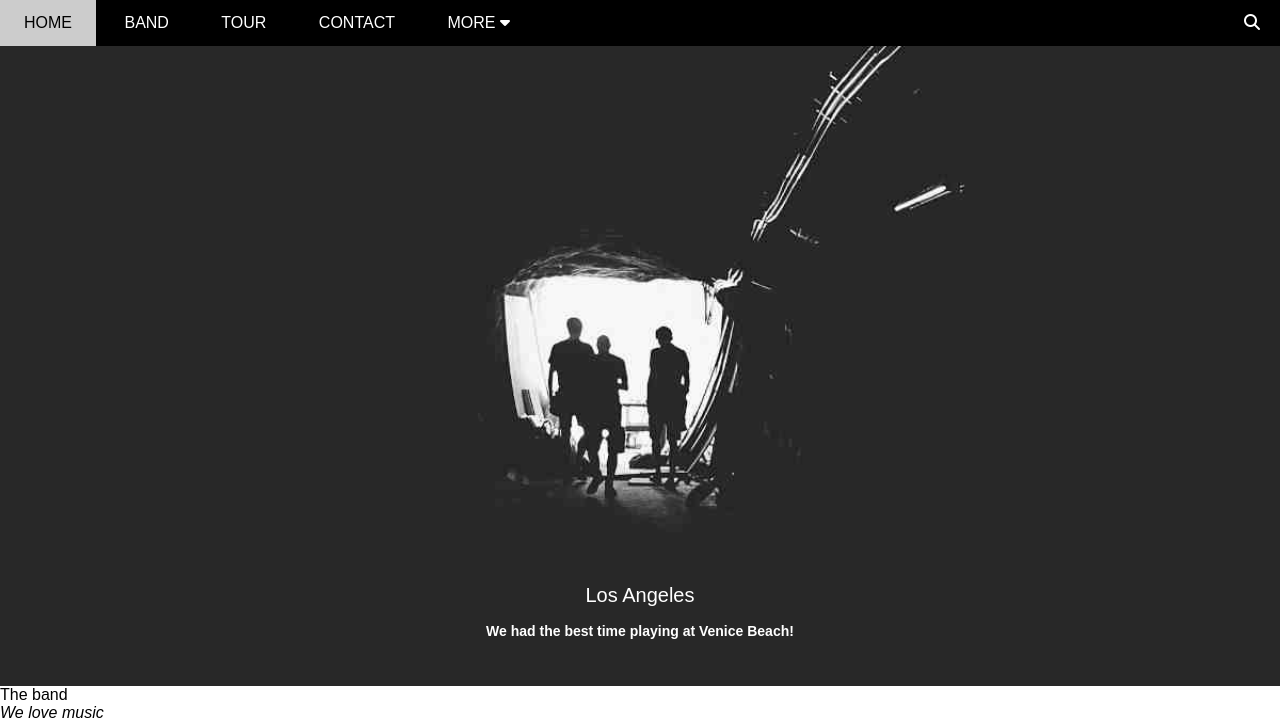
Repository: TranPhucThinh/clone-the-band
Page: index.html
These files come from the project's save history. The page is drawn as it stood at one moment and after the next save; the edit follows.
The browser window is 1280 px wide. The pictures show the whole page.
Some web libraries are served in a nearby version.

Above is the page before, as saved 2022-08-04 10:00:59.

### index.html
<!DOCTYPE html>
<html lang="en">

<head>
    <meta charset="UTF-8">
    <meta http-equiv="X-UA-Compatible" content="IE=edge">
    <meta name="viewport" content="width=device-width, initial-scale=1.0">

    <title>The Band</title>

    <link rel="stylesheet" href="./assets/style.css">
    <link rel="stylesheet" href="https://cdnjs.cloudflare.com/ajax/libs/font-awesome/6.1.2/css/all.min.css">
</head>

<body>
    <div id="main">

        <div id="header">
            <ul id="nav">
                <li><a href="">Home</a></li>
                <li><a href="">Band</a></li>
                <li><a href="">Tour</a></li>
                <li><a href="">Contact</a></li>
                <li>
                    <a href="">
                        More
                        <i class="fa-solid fa-caret-down"></i>
                    </a>

                    <ul class="subnav">
                        <li><a href="">Merchandise</a></li>
                        <li><a href="">Extras</a></li>
                        <li><a href="">Media</a></li>
                    </ul>
                </li>
            </ul>

            <div class="search-btn">
                <i class="fa-solid fa-magnifying-glass"></i>
            </div>
        </div>

        <div id="slider">
            <div class="text-slider">
                <div class="slider-heading">Los Angeles</div>
                <div class="slider-title">We had the best time playing at Venice Beach!</div>
            </div>
        </div>

        <div id="content">
            <p class="header-title">The band</p>
            <i class="header-subtitle">We love music</i>
        </div>

        <div id="footer">

        </div>

    </div>
</body>

</html>

### assets/style.css
* {
  padding: 0;
  margin: 0;
  box-sizing: border-box;
}

html {
  font-family: Arial, Helvetica, sans-serif;
}

#header {
  height: 46px;
  background-color: #000;
  position: fixed;
  top: 0;
  right: 0;
  left: 0;
}

#nav {
  display: inline-block;
}

#nav > li {
  display: inline-block;
}

#nav li {
  position: relative;
}

#nav > li > a {
  color: #fff;
  text-transform: uppercase;
}

#nav li a {
  line-height: 46px;
  padding: 0 24px;
  display: inline-block;
  text-decoration: none;
}

#nav > li:hover > a,
.subnav li:hover a {
  color: #000;
  background-color: #ccc;
}

#nav .subnav {
  display: none;
  position: absolute;
  background-color: #fff;
  box-shadow: 3px 3px 10px 0px #ccc;
}

#nav li:last-child:hover .subnav {
  display: block;
}

#nav li:last-child:hover .fa-caret-down {
  color: #000;
}

#nav .subnav li {
  list-style-type: none;
}

#nav .subnav a {
  color: #000;
  display: block;
  line-height: 40px;
  padding: 0 32px;
}

#header .fa-solid {
  color: #fff;
}

.search-btn {
  float: right;
  line-height: 46px;
  padding: 0 20px;
}

.search-btn:hover {
  background-color: red;
  cursor: pointer;
}

#slider {
  background-color: #fff;
  margin-top: 46px;
  padding-top: 50%;
  background: url('/assets/imgs/la.jpg') top center / cover no-repeat;
  position: relative;
}

#slider .text-slider {
  color: #fff;
  text-align: center;
  position: absolute;
  bottom: 47px;
  left: 50%;
  transform: translate(-50%);
}

#slider .slider-heading {
  font-size: 20px;
  margin-bottom: 16px;
}

#slider .slider-title {
  font-size: 14px;
  font-weight: 700;
}

After the next save:
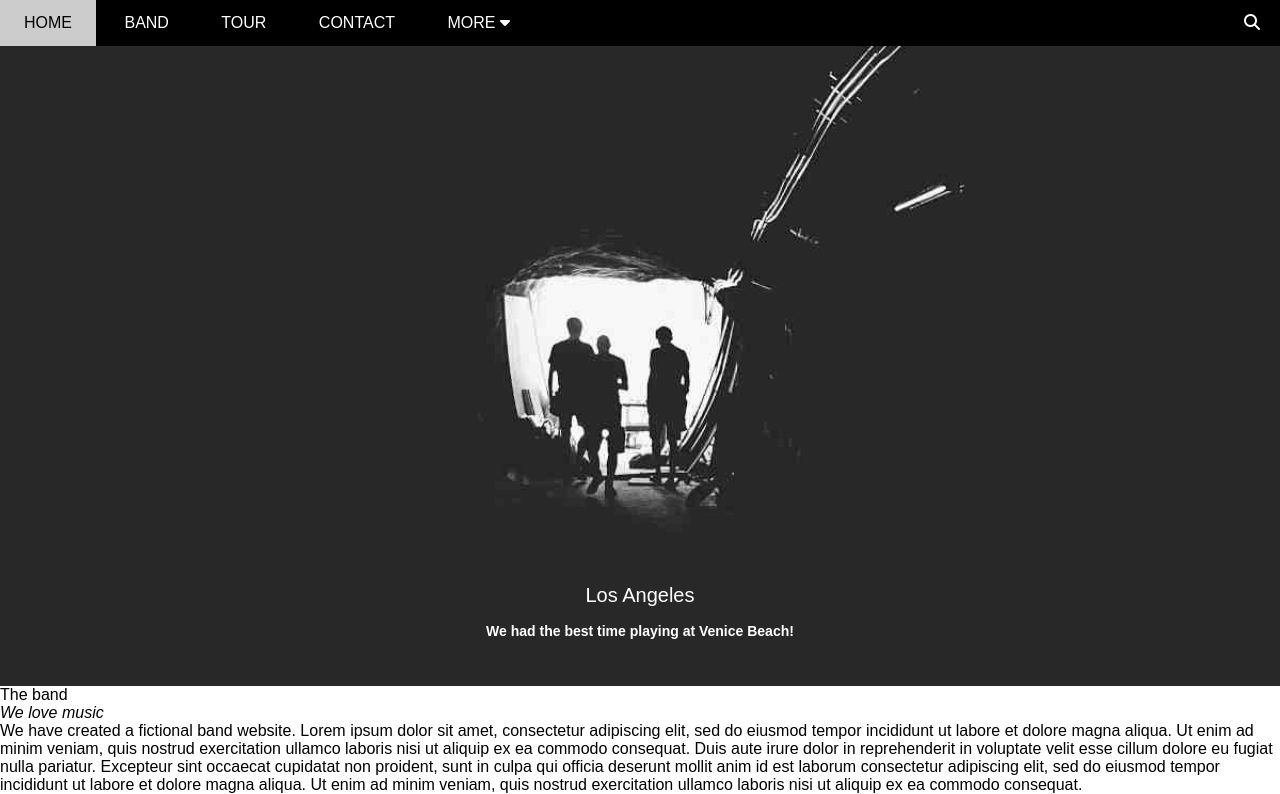
Saved 11 min 32 s later.
--- a/index.html
+++ b/index.html
@@ -48,8 +48,17 @@
         </div>
 
         <div id="content">
-            <p class="header-title">The band</p>
-            <i class="header-subtitle">We love music</i>
+            <p class="title">The band</p>
+            <i class="subtitle">We love music</i>
+            <p class="desc">
+                We have created a fictional band website. Lorem ipsum dolor sit amet, consectetur adipiscing elit, sed
+                do eiusmod tempor incididunt ut labore et dolore magna aliqua. Ut enim ad minim veniam, quis nostrud
+                exercitation ullamco laboris nisi ut aliquip ex ea commodo consequat. Duis aute irure dolor in
+                reprehenderit in voluptate velit esse cillum dolore eu fugiat nulla pariatur. Excepteur sint occaecat
+                cupidatat non proident, sunt in culpa qui officia deserunt mollit anim id est laborum consectetur
+                adipiscing elit, sed do eiusmod tempor incididunt ut labore et dolore magna aliqua. Ut enim ad minim
+                veniam, quis nostrud exercitation ullamco laboris nisi ut aliquip ex ea commodo consequat.
+            </p>
         </div>
 
         <div id="footer">
